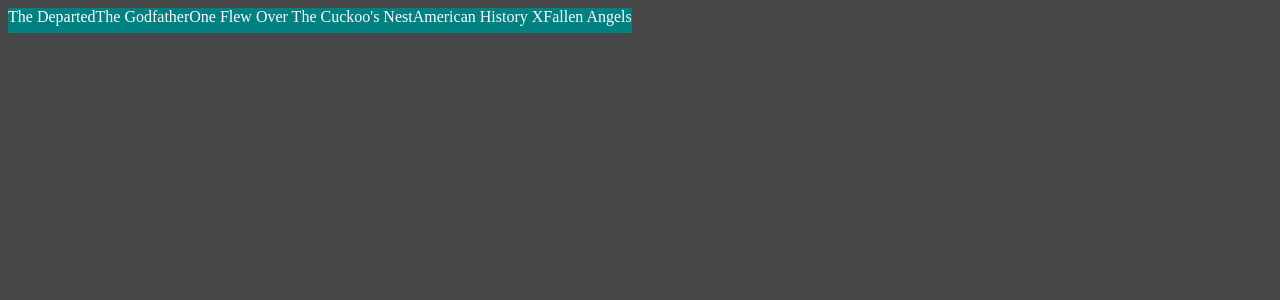
Repository: nishit47/merofilmrecs
Page: web_dev/tiles.html
These files come from the project's save history. The page is drawn as it stood at one moment and after the next save; the edit follows.
The browser window is 1280 px wide. The pictures show the whole page.

Above is the page before, as saved 2021-10-06 15:03:50.

### web_dev/tiles.html
<!DOCTYPE html>
<html lang="en">
<head>
    <meta charset="UTF-8">
    <meta http-equiv="X-UA-Compatible" content="IE=edge">
    <meta name="viewport" content="width=device-width, initial-scale=1.0">
    <title>tiles</title>
</head>
<link rel="stylesheet" href="styling.css">
<style>
    .movietiles{
        color: white;
        display: flex;
    }
    .movieitem{
        height: 25px;
        background-color: teal;
    }
</style>
<body>
    <div class="movietiles">
        <div class="movieitem"id="movie1">The Departed</div>
        <div class="movieitem"id="movie2">The Godfather</div>
        <div class="movieitem"id="movie3">One Flew Over The Cuckoo's Nest</div>
        <div class="movieitem"id="movie4">American History X</div>
        <div class="movieitem" id="movie5">Fallen Angels</div>
    </div>

</body>
</html>

### web_dev/styling.css
body{
    background-color: rgb(70, 70, 70);
    color: white;
}

nav ul{
    background-color: rgb(56, 56, 56);
    display: flex;
    height: 37px;
    border-radius: 3px;
}
nav ul li{
    background-color: rgb(70, 70, 70);
    margin: 5px 20px;
    padding: 5px 20px;
    list-style-type: none;
    border-radius: 3px;
}
nav ul li a{
    text-decoration: none;
    color: white;
}
nav ul li :hover{
    color: yellow;
}
nav ul div{
    padding: 5px 0px;
    margin: 0.5px 30px;
}
h1{
    text-align: center;
}
.movie{
    border:black;
    border-radius: 20px;
    background-color: rgb(56, 56, 56);
    margin: auto 10%;
    padding: 20px;
}

.rating, .cast, .description, h2{
    background-color: rgb(70, 70, 70);
}
.still, .trailer{
    display: block;
    max-width:100%;
    max-height:100%;
    margin: 0 auto;
}
#netflix{
    float: right;
}

After the next save:
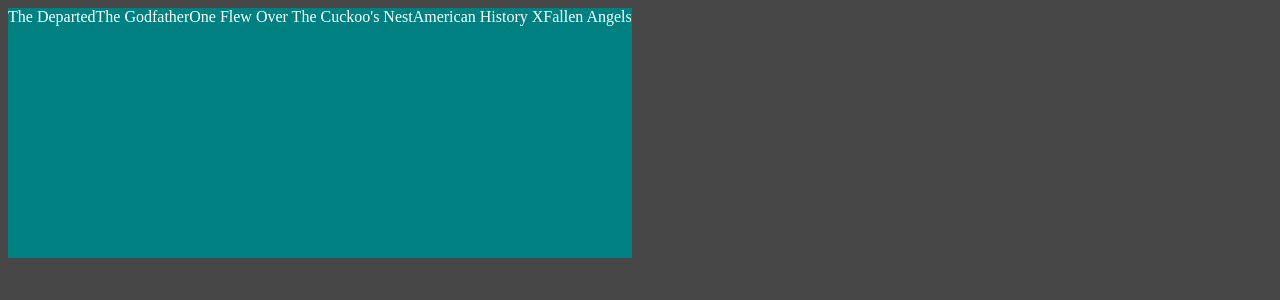
Saved 8 s later.
--- a/web_dev/tiles.html
+++ b/web_dev/tiles.html
@@ -13,7 +13,7 @@
         display: flex;
     }
     .movieitem{
-        height: 25px;
+        height: 250px;
         background-color: teal;
     }
 </style>
